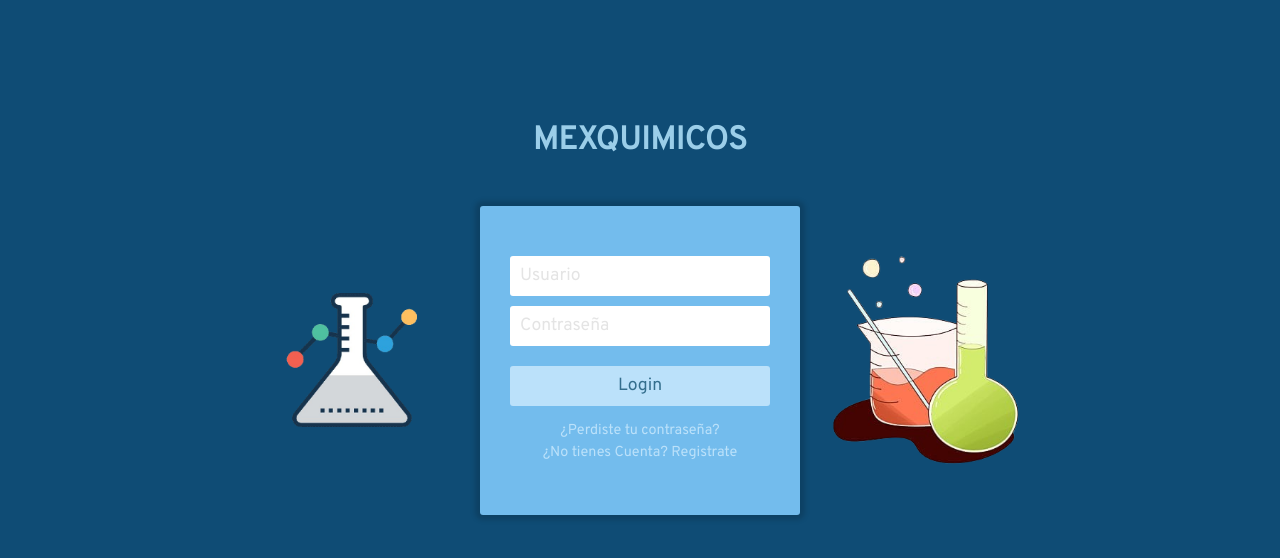
Repository: iDiv3r/MexiQuimicosIsay
Page: Index.html
These files come from the project's save history. The page is drawn as it stood at one moment and after the next save; the edit follows.
The browser window is 1280 px wide. The pictures show the whole page.

Above is the page before, as saved 2023-11-26 16:25:49.

### Index.html
<!doctype html>
<html lang="es">

    <head>

        <meta charset="utf-8">

        <title> Formulario de Acceso </title>

        <meta name="viewport" content="width=device-width, initial-scale=1.0">
        <meta name="author" content="Videojuegos & Desarrollo">
        <meta name="description" content="Muestra de un formulario de acceso en HTML y CSS">
        <meta name="keywords" content="Formulario Acceso, Formulario de LogIn">

        <link href="https://fonts.googleapis.com/css?family=Nunito&display=swap" rel="stylesheet">
        <link href="https://fonts.googleapis.com/css?family=Overpass&display=swap" rel="stylesheet">
        <link rel="stylesheet" href="css/login.css">

        <style type="text/css">

        </style>

        <script type="text/javascript">

        </script>

    </head>
    <body>

        <div id="contenedor">
          <h1>MEXQUIMICOS</h1>
          <img src="img/L1.png" alt="logo" class="logo">
            <div id="central">
                <div id="login">
                    <form action="Controller.php" method="post">
                        <input type="text" name="txtCorreo" placeholder="Usuario" required>
                        <input type="password" placeholder="Contraseña" name="txtPass" required>
                        <button type="submit" title="Ingresar" name="btnIng">Login</button>
                    </form>
                    <div class="pie-form">
                        <a href="#">¿Perdiste tu contraseña?</a>
                        <a href="#">¿No tienes Cuenta? Registrate</a>
                    </div>
                </div>
            </div>
            <img src="img/L2.png" alt="logo" class="logo">
        </div>
    </body>
</html>

### css/login.css
body {
    font-family: 'Overpass', sans-serif;
    font-weight: normal;
    font-size: 100%;
    color: #9bcee9;

    margin: 0;
    background-color: #0f4c75;
}

#contenedor {
    display: flex;
    align-items: center;
    justify-content: center;

    margin: 0;
    padding: 0;
    min-width: 100vw;
    min-height: 100vh;
    width: 100%;
    height: 100%;
}

#central {
    max-width: 320px;
    width: 100%;
}

.titulo {
    font-size: 250%;
    color:#bbe1fa;
    text-align: center;
    margin-bottom: 20px;
}

#login {
    width: 100%;
    padding: 50px 30px;
    background-color: #73bced;

    -webkit-box-shadow: 0px 0px 5px 5px rgba(0,0,0,0.15);
    -moz-box-shadow: 0px 0px 5px 5px rgba(0,0,0,0.15);
    box-shadow: 0px 0px 5px 5px rgba(0,0,0,0.15);

    border-radius: 3px 3px 3px 3px;
    -moz-border-radius: 3px 3px 3px 3px;
    -webkit-border-radius: 3px 3px 3px 3px;

    box-sizing: border-box;
}

#login input {
    font-family: 'Overpass', sans-serif;
    font-size: 110%;
    color: #599fc4;

    display: block;
    width: 100%;
    height: 40px;

    margin-bottom: 10px;
    padding: 5px 5px 5px 10px;

    box-sizing: border-box;

    border: none;
    border-radius: 3px 3px 3px 3px;
    -moz-border-radius: 3px 3px 3px 3px;
    -webkit-border-radius: 3px 3px 3px 3px;
}

#login input::placeholder {
    font-family: 'Overpass', sans-serif;
    color: #E4E4E4;
}

#login button {
    font-family: 'Overpass', sans-serif;
    font-size: 110%;
    color:#346e8d;
    width: 100%;
    height: 40px;
    border: none;

    border-radius: 3px 3px 3px 3px;
    -moz-border-radius: 3px 3px 3px 3px;
    -webkit-border-radius: 3px 3px 3px 3px;

    background-color: #bbe1fa;

    margin-top: 10px;
}

#login button:hover {
    background-color: #5ccef4;
    color:#bbe1fa;
}

.pie-form {
    font-size: 90%;
    text-align: center;
    margin-top: 15px;
}

.pie-form a {
    display: block;
    text-decoration: none;
    color: #bbe1fa;
    margin-bottom: 3px;
}

.pie-form a:hover {
    color: #0f4c75;
}

.inferior {
    margin-top: 10px;
    font-size: 90%;
    text-align: center;
}

.inferior a {
    display: block;
    text-decoration: none;
    color: #bbe1fa;
    margin-bottom: 3px;
}

.inferior a:hover {
    color: #3282b8;
}

.logo{
    image-rendering: auto;
    width: 20%;
    height: 20%;

}

#contenedor {
    position: relative;
}

h1 {
    position: absolute;
    top: 100px;
    left: 50%;
    transform: translateX(-50%);
}

After the next save:
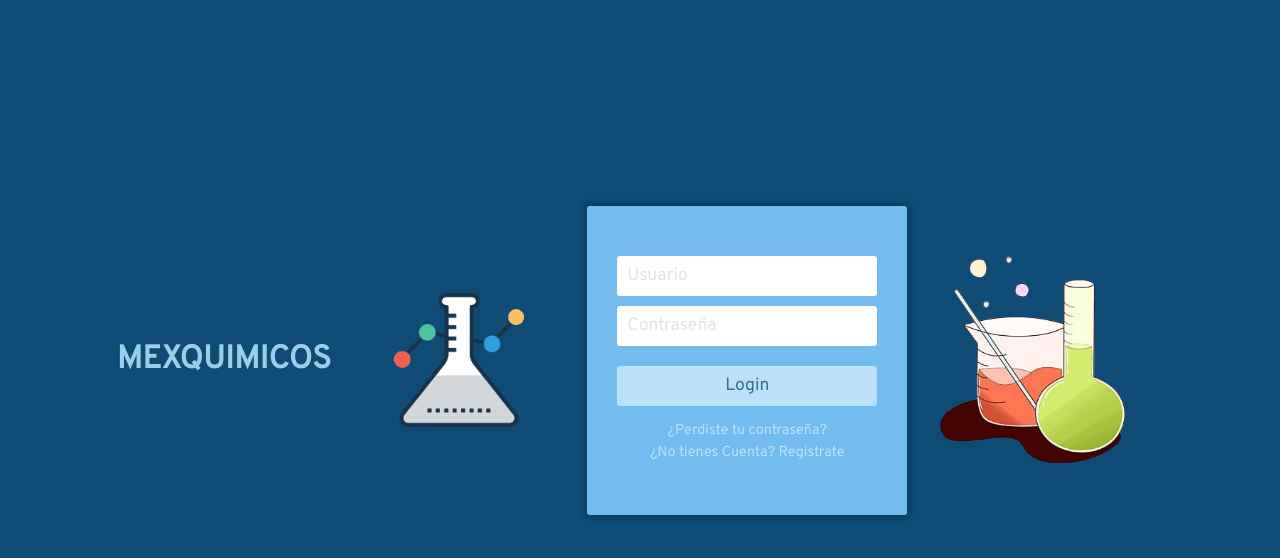
Saved 31 s later.
--- a/css/login.css
+++ b/css/login.css
@@ -141,7 +141,7 @@ body {
     position: relative;
 }
 
-h1 {
+.titulo{
     position: absolute;
     top: 100px;
     left: 50%;

After the save that followed:
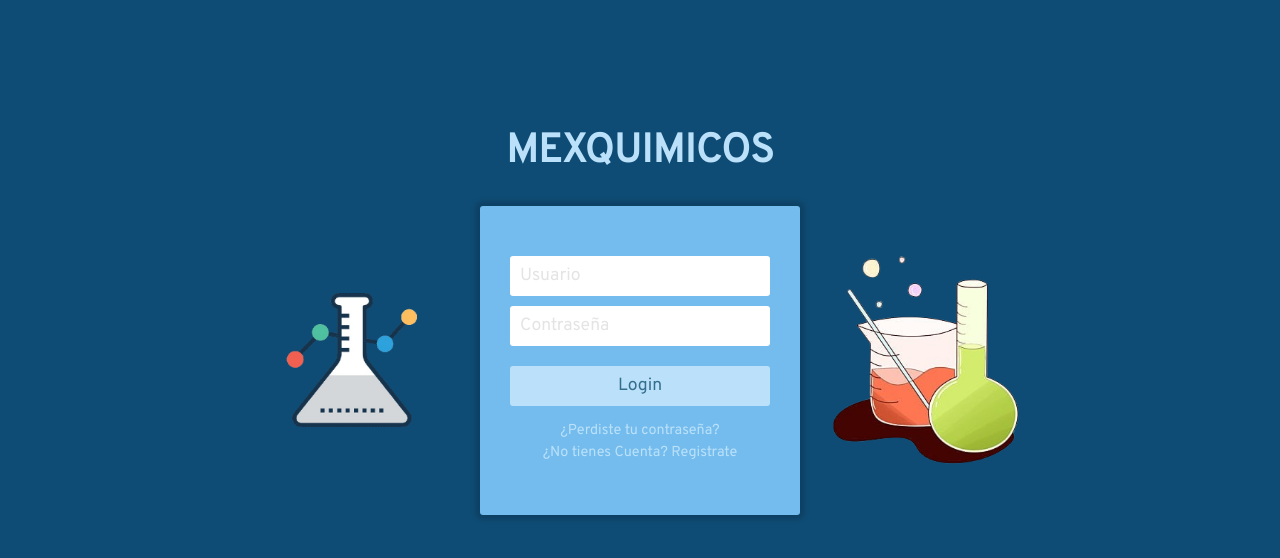
Saved 6 s later.
--- a/Index.html
+++ b/Index.html
@@ -28,7 +28,7 @@
     <body>
 
         <div id="contenedor">
-          <h1>MEXQUIMICOS</h1>
+          <h1 class="titulo">MEXQUIMICOS</h1>
           <img src="img/L1.png" alt="logo" class="logo">
             <div id="central">
                 <div id="login">
